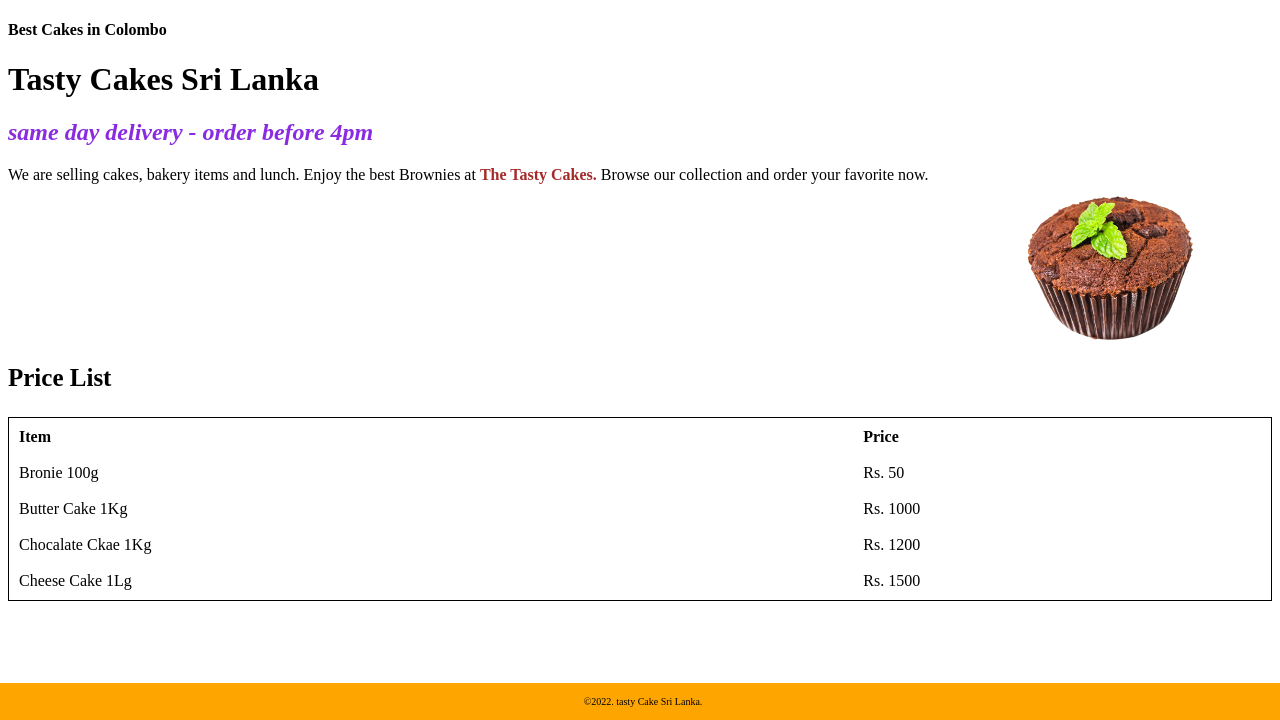
Repository: DhananjayaLakshan/Uom-Web_Design_For_Beginners
Page: work01/index.html
The author's editor kept a copy of each file at every save. The page is drawn from the files as they stood at one save, then again after the next save.
The browser window is 1280 px wide. The pictures show the whole page.

Above is the page before, as saved 2023-11-24 18:37:23.

### work01/index.html
<!DOCTYPE html>
<html lang="en">
<head>
    <title>Tasty Cakes Sri Lanka</title>
    <link rel="stylesheet" type="text/css" href="styles.css">
</head>
<body>
    <h4>Best Cakes in Colombo</h4>
    <h1>Tasty Cakes Sri Lanka</h1>

    <h2 class="tagline">same day delivery - order before 4pm </h2>
    <p>We are selling cakes, bakery items and lunch. Enjoy the best Brownies at <strong style="color: brown;"> The Tasty Cakes.</strong>
        Browse our collection and order your favorite now.</p>

    <img src="image-01.png" width="320px" alt="cake picture">


    <p class="pricetopic">Price List</p>
    <table>

        <tr>
            <th>Item</th>
            <th>Price</th>
        </tr>

        <tr>
            <td>Bronie 100g</td>
            <td>Rs. 50</td>
        </tr>

        <tr>
            <td>Butter Cake 1Kg</td>
            <td>Rs. 1000</td>
        </tr>

        <tr>
            <td>Chocalate Ckae 1Kg</td>
            <td>Rs. 1200</td>
        </tr>

        <tr>
            <td>Cheese Cake 1Lg</td>
            <td>Rs. 1500</td>
        </tr>

    </table>

    <footer>
        <p>&copy;2022. tasty Cake Sri Lanka.</p>
    </footer>


</body>
</html>

### work01/styles.css
.tagline{
    color: blueviolet;
    font-style: italic;
}

img{
    float: right;
    margin-top: -50px;
}

.pricetopic{
    margin-top: 180px;
    font-size: 25px;
    font-weight: bold;
}

table{
    border: 1px solid black;
    width: 100%;
    margin-bottom: 50px;

}

td,th{
    text-align: left;
    padding: 8px;
}

footer{
    text-align: center;
    font-family: 'Times New Roman', Times, serif;
    font-size: 10px;
    position: fixed;
    padding: 3px;
    background-color: orange;
    color:black;
    bottom: 0;
    left: 0;
    width: 100%;

}

After the next save:
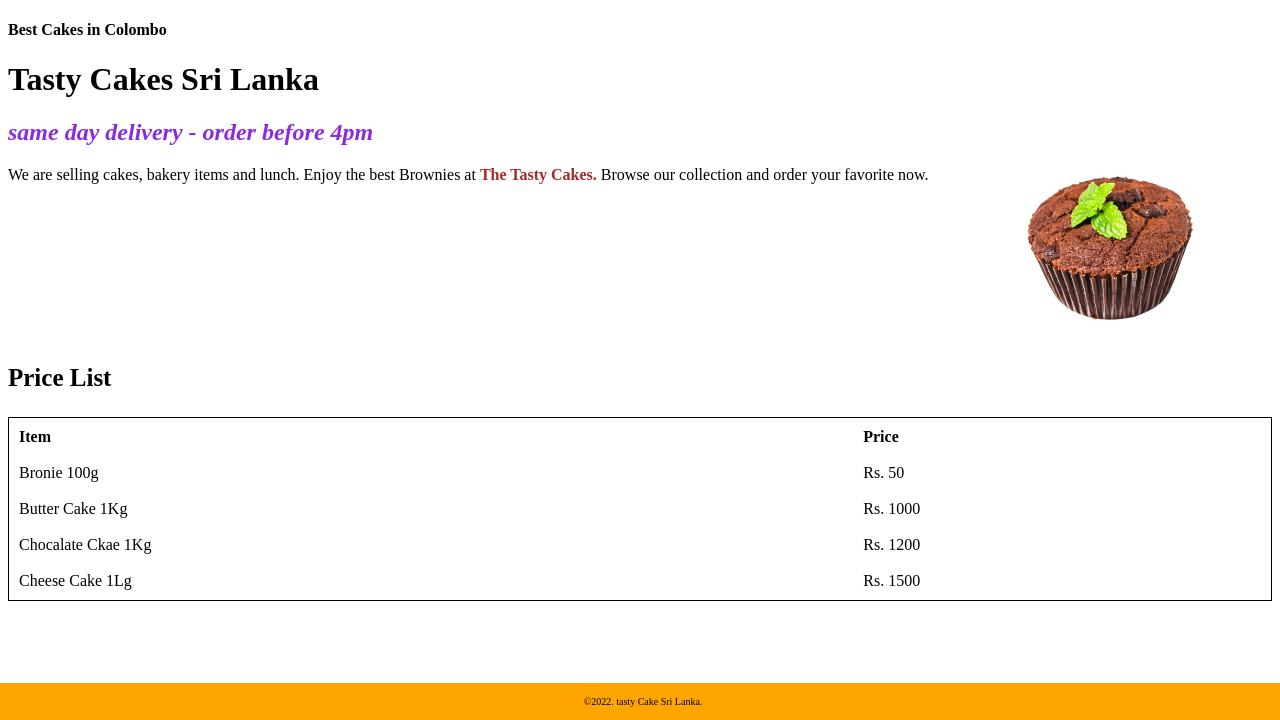
Saved 9 s later.
--- a/work01/styles.css
+++ b/work01/styles.css
@@ -5,7 +5,7 @@
 
 img{
     float: right;
-    margin-top: -50px;
+    margin-top: -70px;
 }
 
 .pricetopic{
